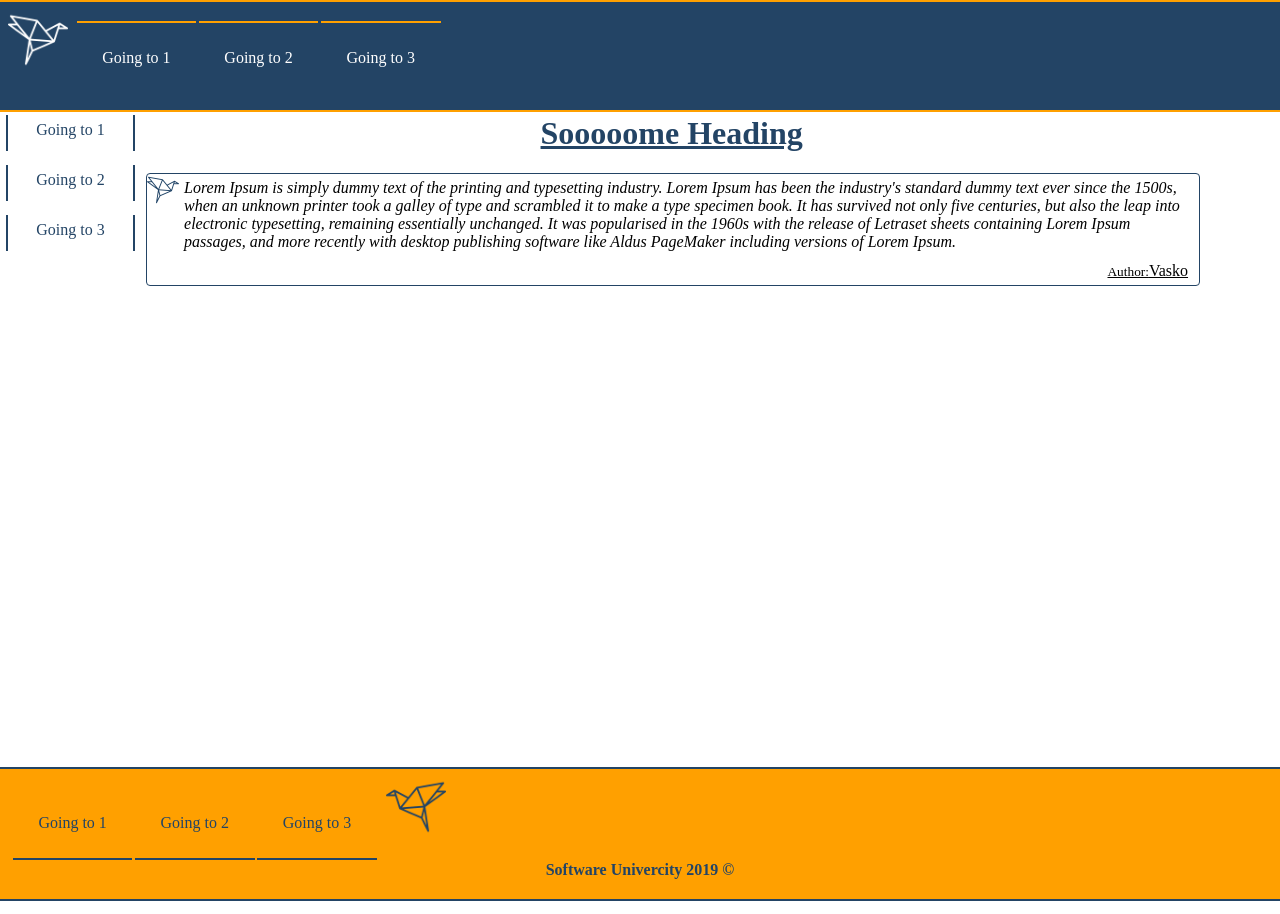
Repository: vsterev/origami
Page: /
An editor plug-in stored every save of this project. The page is shown before and after the next save, followed by the edit.
The browser window is 1280 px wide. The pictures show the whole page.
The project was rebuilt for these pictures with package versions that can differ from the ones it lists, and the page was loaded fresh each time.

Above is the page before, as saved 2020-07-12 16:54:43.

After the next save:
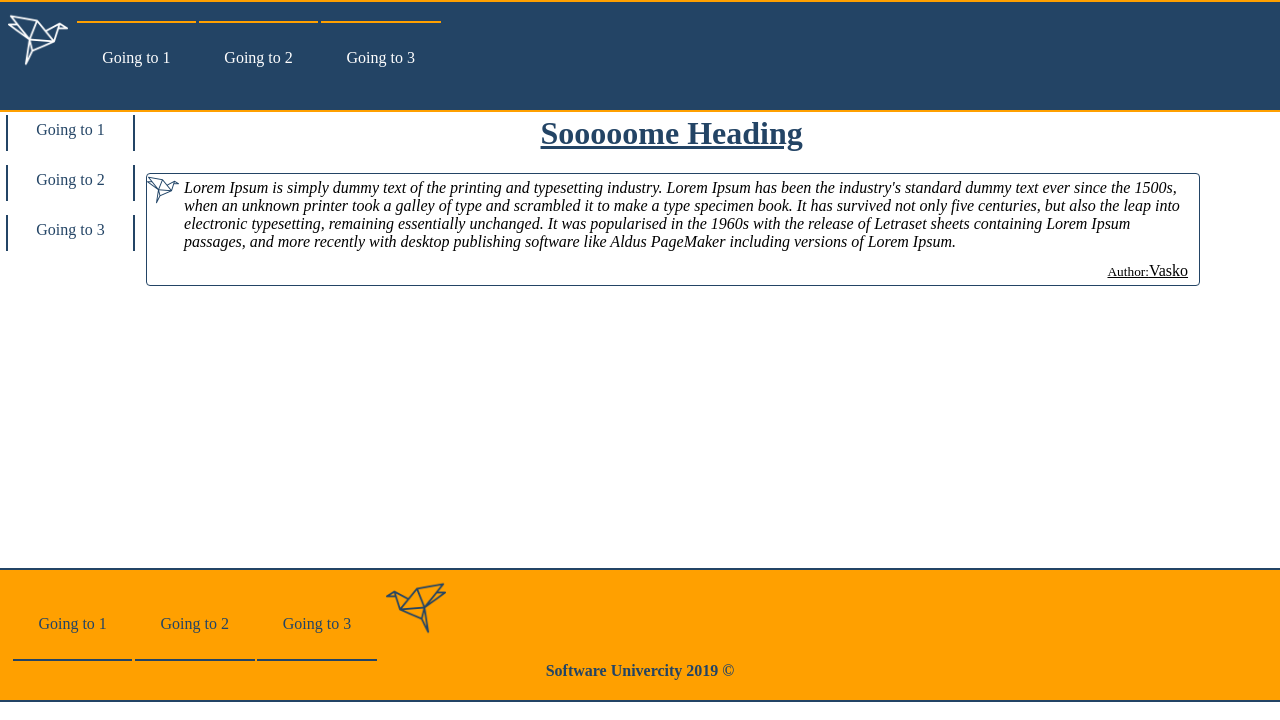
Saved 54 s later.
--- a/src/components/menu/style.css
+++ b/src/components/menu/style.css
@@ -4,7 +4,7 @@
     display: inline-block;
     width: 10%;
     margin-right: 1%;
-    height: 89.5vh;
+    /* height: 89.5vh; */
     /* border:1px solid red; */
     vertical-align: top;
 }
